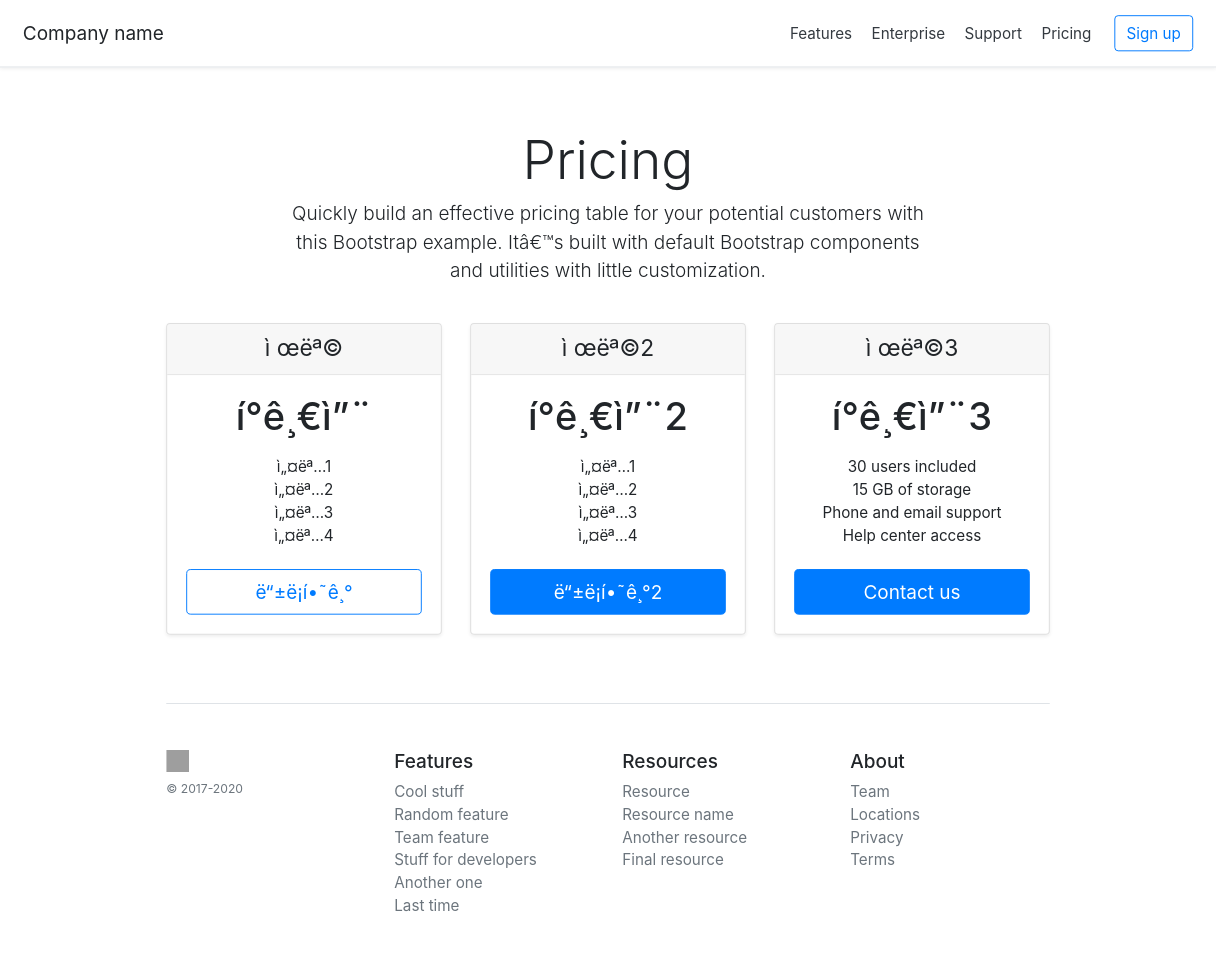
Repository: SettingRhino/innogleantmanager
Page: http://localhost/antmanager/WEB-INF/views/home.jsp
An editor plug-in stored every save of this project. The page is shown before and after the next save, followed by the edit.
The browser window is 1280 px wide. The pictures show the whole page, at 95% of full size.
Pictures or frames that could not be fetched are drawn as grey boxes. The page is served by Tomcat 9. Nobody is signed in. Other server files are loaded and not shown. The template is opened directly, without the code that normally fills it, so the values that code supplies are empty.

Above is the page before, as saved 2020-06-07 17:02:39.

### antmanager/src/main/webapp/WEB-INF/views/home.jsp
<%@ taglib uri="http://java.sun.com/jsp/jstl/core" prefix="c" %>

<!doctype html>
<html>
  <head>
    <meta charset="utf-8">
    <meta name="viewport" content="width=device-width, initial-scale=1, shrink-to-fit=no">
    <meta name="description" content="">
    <meta name="author" content="Mark Otto, Jacob Thornton, and Bootstrap contributors">
    <meta name="generator" content="Jekyll v4.0.1">
    <title>Pricing example · Bootstrap</title>

    <link rel="canonical" href="https://getbootstrap.com/docs/4.5/examples/pricing/">

    <!-- Bootstrap core CSS -->
<link href="<c:url value="/resources/css/bootstrap.min.css"/>" rel="stylesheet" integrity="sha384-Vkoo8x4CGsO3+Hhxv8T/Q5PaXtkKtu6ug5TOeNV6gBiFeWPGFN9MuhOf23Q9Ifjh" crossorigin="anonymous">

    <!-- Favicons
<link rel="icon" href="/docs/4.5/assets/img/favicons/favicon.ico">
 -->


    <style>
      .bd-placeholder-img {
        font-size: 1.125rem;
        text-anchor: middle;
        -webkit-user-select: none;
        -moz-user-select: none;
        -ms-user-select: none;
        user-select: none;
      }

      @media (min-width: 768px) {
        .bd-placeholder-img-lg {
          font-size: 3.5rem;
        }
      }
    </style>
    <!-- Custom styles for this template -->

    <link href= "<c:url value="/resources/css/pricing.css"/>" rel="stylesheet">
  </head>
  <body>
    <div class="d-flex flex-column flex-md-row align-items-center p-3 px-md-4 mb-3 bg-white border-bottom shadow-sm">
  <h5 class="my-0 mr-md-auto font-weight-normal">Company name</h5>
  <nav class="my-2 my-md-0 mr-md-3">
    <a class="p-2 text-dark" href="#">Features</a>
    <a class="p-2 text-dark" href="#">Enterprise</a>
    <a class="p-2 text-dark" href="#">Support</a>
    <a class="p-2 text-dark" href="#">Pricing</a>
  </nav>
  <a class="btn btn-outline-primary" href="#">Sign up</a>
</div>

<div class="pricing-header px-3 py-3 pt-md-5 pb-md-4 mx-auto text-center">
  <h1 class="display-4">Pricing</h1>
  <p class="lead">Quickly build an effective pricing table for your potential customers with this Bootstrap example. It’s built with default Bootstrap components and utilities with little customization.</p>
</div>

<div class="container">
  <div class="card-deck mb-3 text-center">
    <div class="card mb-4 shadow-sm">
      <div class="card-header">
        <h4 class="my-0 font-weight-normal">제목</h4>
      </div>
      <div class="card-body">
        <h1 class="card-title pricing-card-title">큰글씨</h1>
        <ul class="list-unstyled mt-3 mb-4">
          <li>설명1</li>
          <li>설명2</li>
          <li>설명3</li>
          <li>설명4</li>
        </ul>
        <button type="button" class="btn btn-lg btn-block btn-outline-primary">등록하기</button>
      </div>
    </div>
    <div class="card mb-4 shadow-sm">
      <div class="card-header">
        <h4 class="my-0 font-weight-normal">제목2</h4>
      </div>
      <div class="card-body">
        <h1 class="card-title pricing-card-title">큰글씨2</h1>
        <ul class="list-unstyled mt-3 mb-4">
          <li>설명1</li>
          <li>설명2</li>
          <li>설명3</li>
          <li>설명4</li>
        </ul>
        <button type="button" class="btn btn-lg btn-block btn-primary">등록하기2</button>
      </div>
    </div>
    <div class="card mb-4 shadow-sm">
      <div class="card-header">
        <h4 class="my-0 font-weight-normal">제목3</h4>
      </div>
      <div class="card-body">
        <h1 class="card-title pricing-card-title">큰글씨3</h1>
        <ul class="list-unstyled mt-3 mb-4">
          <li>30 users included</li>
          <li>15 GB of storage</li>
          <li>Phone and email support</li>
          <li>Help center access</li>
        </ul>
        <button type="button" class="btn btn-lg btn-block btn-primary">Contact us</button>
      </div>
    </div>
  </div>

  <footer class="pt-4 my-md-5 pt-md-5 border-top">
    <div class="row">
      <div class="col-12 col-md">
        <img class="mb-2" src="/docs/4.5/assets/brand/bootstrap-solid.svg" alt="" width="24" height="24">
        <small class="d-block mb-3 text-muted">&copy; 2017-2020</small>
      </div>
      <div class="col-6 col-md">
        <h5>Features</h5>
        <ul class="list-unstyled text-small">
          <li><a class="text-muted" href="#">Cool stuff</a></li>
          <li><a class="text-muted" href="#">Random feature</a></li>
          <li><a class="text-muted" href="#">Team feature</a></li>
          <li><a class="text-muted" href="#">Stuff for developers</a></li>
          <li><a class="text-muted" href="#">Another one</a></li>
          <li><a class="text-muted" href="#">Last time</a></li>
        </ul>
      </div>
      <div class="col-6 col-md">
        <h5>Resources</h5>
        <ul class="list-unstyled text-small">
          <li><a class="text-muted" href="#">Resource</a></li>
          <li><a class="text-muted" href="#">Resource name</a></li>
          <li><a class="text-muted" href="#">Another resource</a></li>
          <li><a class="text-muted" href="#">Final resource</a></li>
        </ul>
      </div>
      <div class="col-6 col-md">
        <h5>About</h5>
        <ul class="list-unstyled text-small">
          <li><a class="text-muted" href="#">Team</a></li>
          <li><a class="text-muted" href="#">Locations</a></li>
          <li><a class="text-muted" href="#">Privacy</a></li>
          <li><a class="text-muted" href="#">Terms</a></li>
        </ul>
      </div>
    </div>
  </footer>
</div>
</body>
</html>

### antmanager/src/main/webapp/resources/css/pricing.css
@charset "UTF-8";
html {
  font-size: 14px;
}
@media (min-width: 768px) {
  html {
    font-size: 16px;
  }
}

.container {
  max-width: 960px;
}

.pricing-header {
  max-width: 700px;
}

.card-deck .card {
  min-width: 220px;
}

Loaded but not shown: antmanager/src/main/webapp/resources/css/bootstrap.min.css (library)

After the next save:
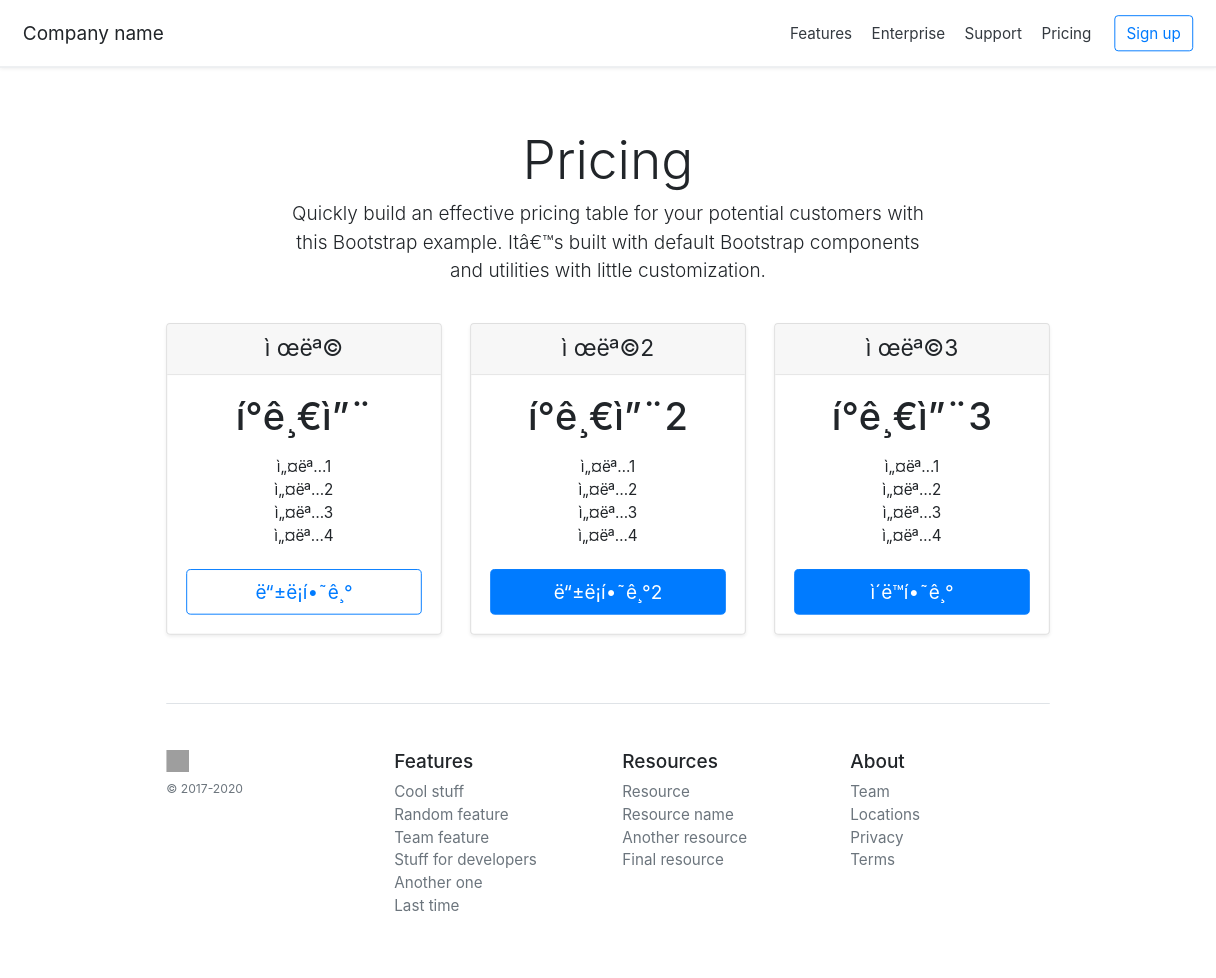
Saved 17 s later.
--- a/antmanager/src/main/webapp/WEB-INF/views/home.jsp
+++ b/antmanager/src/main/webapp/WEB-INF/views/home.jsp
@@ -96,12 +96,12 @@
       <div class="card-body">
         <h1 class="card-title pricing-card-title">큰글씨3</h1>
         <ul class="list-unstyled mt-3 mb-4">
-          <li>30 users included</li>
-          <li>15 GB of storage</li>
-          <li>Phone and email support</li>
-          <li>Help center access</li>
+       <li>설명1</li>
+          <li>설명2</li>
+          <li>설명3</li>
+          <li>설명4</li>
         </ul>
-        <button type="button" class="btn btn-lg btn-block btn-primary">Contact us</button>
+        <button type="button" class="btn btn-lg btn-block btn-primary">이동하기</button>
       </div>
     </div>
   </div>
